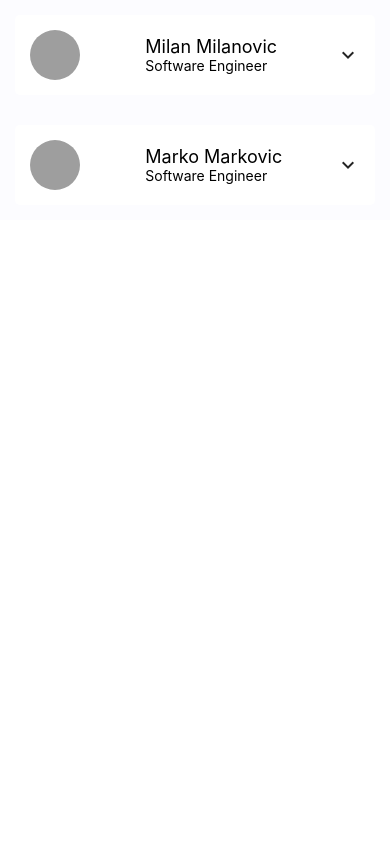
Repository: likanbl/intern-feature
Screen: /
An editor plug-in stored every save of this project. The screen is shown before and after the next save, followed by the edit.
Pictures or frames that could not be fetched are drawn as grey boxes. The app was drawn by React Native's web renderer in a window 390 px wide. The project was rebuilt for these pictures with package versions that can differ from the ones it lists, and the page was loaded fresh each time.

Above is the screen before, as saved 2019-09-16 14:30:54.

After the next save:
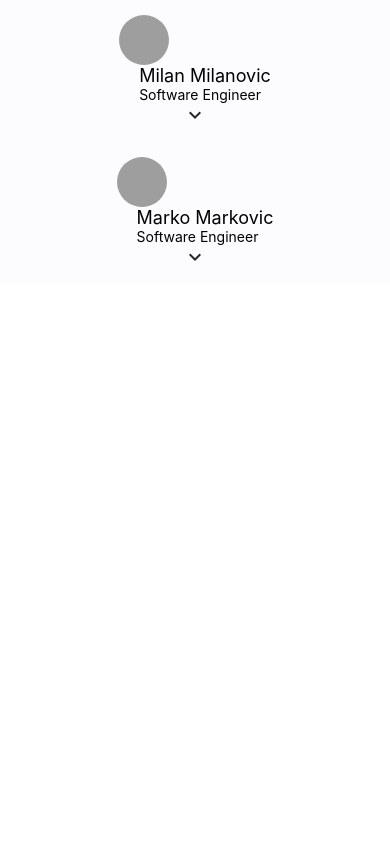
Saved 114 s later.
--- a/src/components/intern-feature/styles.js
+++ b/src/components/intern-feature/styles.js
@@ -28,7 +28,7 @@ export default StyleSheet.create({
     marginLeft: 20,
   },
 
-  titleContainer: {
+  cardContainer: {
     flexDirection: 'row',
     justifyContent: 'space-around',
     alignItems: 'center',
